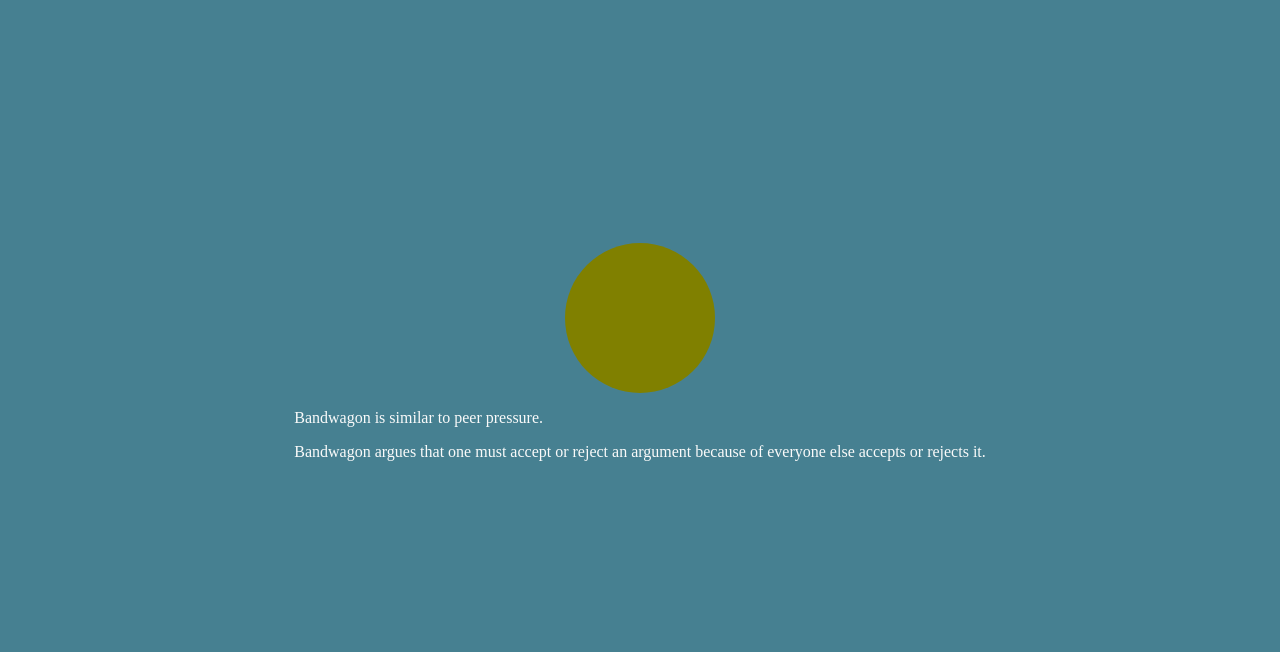
Repository: cindyvunguyen/fallacy
Page: index.html
These files come from the project's save history. The page is drawn as it stood at one moment and after the next save; the edit follows.
The browser window is 1280 px wide. The pictures show the whole page.
Some web fonts or font styles are not loaded; a fallback is used.

Above is the page before, as saved 2020-03-13 19:52:31.

After the next save:
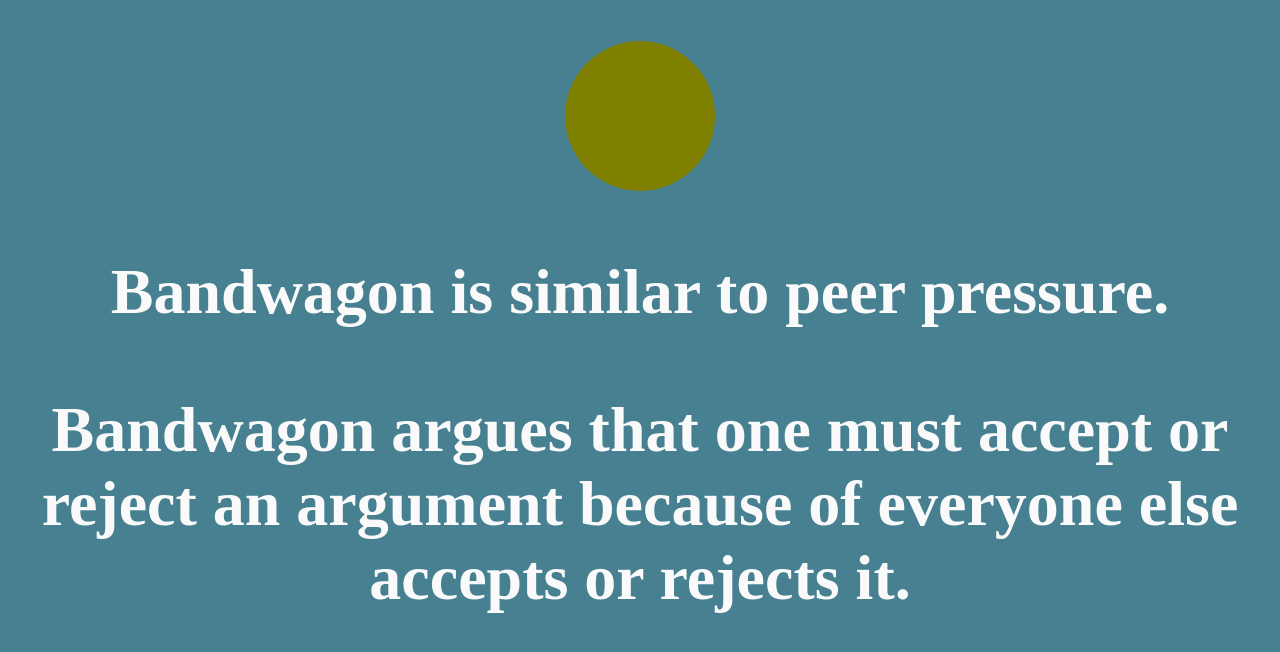
Saved 30 s later.
--- a/style.css
+++ b/style.css
@@ -200,6 +200,12 @@ body {
     flex-direction: column;
     align-items: center;
     justify-content: center;
-    }
+}
+
+#tfp-text {
+    font-size: 48pt;
+    font-weight: bold;
+    text-align: center;
+}
 
 /* CHLOE END */
